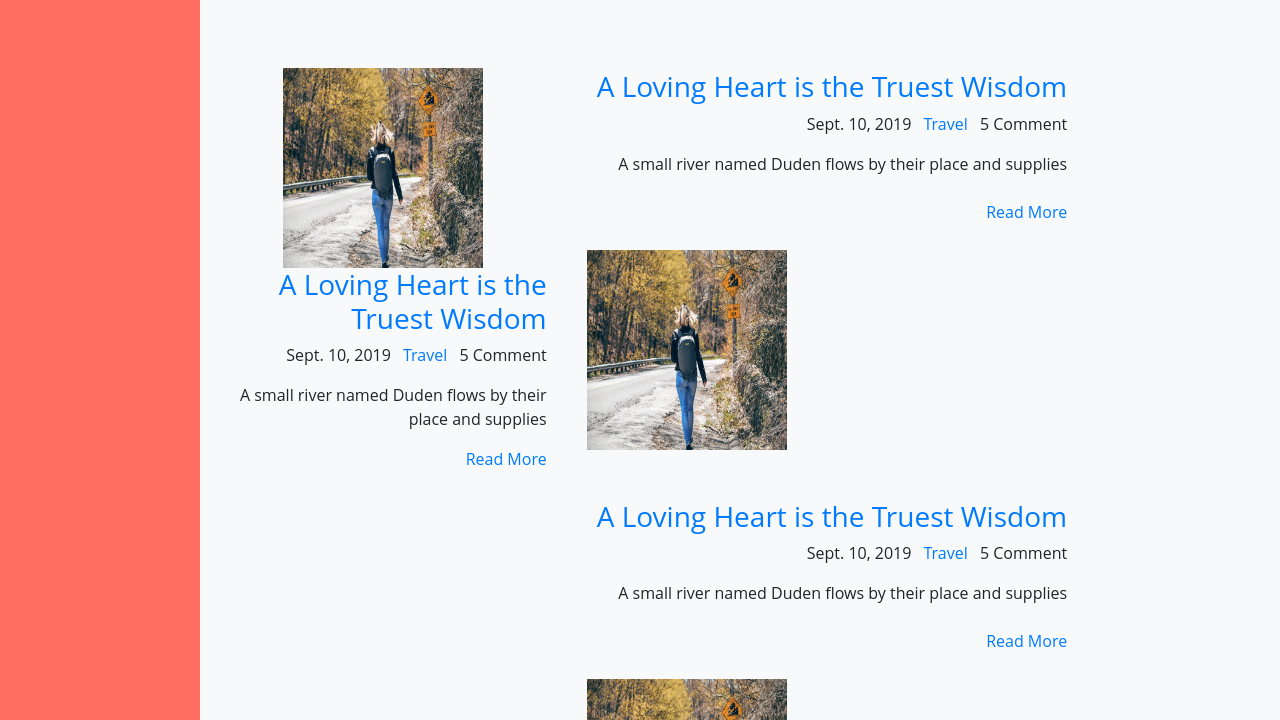
Repository: tts2610/GoogleNews
Page: index.html
The author's editor kept a copy of each file at every save. The page is drawn from the files as they stood at one save, then again after the next save.
The browser window is 1280 px wide. The pictures show the whole page.
The page's requests for data from a server got no answer. An inner scrolling area shows only its first screen. Some web libraries are served in a nearby version.

Above is the page before, as saved 2020-05-20 22:48:41.

### index.html
<!DOCTYPE html>
<html lang="en">

<head>
    <meta charset="UTF-8">
    <meta name="viewport" content="width=device-width, initial-scale=1.0">
    <title>Document</title>
    <link rel="stylesheet" href="https://maxcdn.bootstrapcdn.com/bootstrap/4.4.1/css/bootstrap.min.css">

    <!-- jQuery library -->
    <script src="https://ajax.googleapis.com/ajax/libs/jquery/3.5.1/jquery.min.js"></script>

    <!-- Popper JS -->
    <script src="https://cdnjs.cloudflare.com/ajax/libs/popper.js/1.16.0/umd/popper.min.js"></script>

    <!-- Latest compiled JavaScript -->
    <script src="https://maxcdn.bootstrapcdn.com/bootstrap/4.4.1/js/bootstrap.min.js"></script>
    <link rel="stylesheet" href="css/style.css">

    <link href="https://unpkg.com/aos@2.3.1/dist/aos.css" rel="stylesheet">

    <link rel="stylesheet" href="https://cdnjs.cloudflare.com/ajax/libs/animate.css/4.0.0/animate.min.css" />
    <script src="js/moment.js"></script>
</head>

<body>
    <div class="myContainer">
        <div class="sidenav">
            <ul id="sideNav">
                <!-- <li></li>
                <li></li>
                <li></li> -->
            </ul>
        </div>
        <div class="content" id="myContent">

            <div class="row">
                <div class="col-4">
                    <div class="blog-entry-left mt-5">
                        <div>
                            <img src="img/image_8.jpg" width="200" height="200">
                        </div>
                        <div class="text">
                            <h3 class=""><a href="single.html">A Loving Heart is the Truest Wisdom</a></h3>
                            <div class="meta-wrap">
                                <p class="meta">
                                    <span><i class="icon-calendar mr-2"></i>Sept. 10, 2019</span>
                                    <span><a href="single.html"><i class="icon-folder-o mr-2"></i>Travel</a></span>
                                    <span><i class="icon-comment2 mr-2"></i>5 Comment</span>
                                </p>
                            </div>
                            <p class="">A small river named Duden flows by their place and supplies</p>
                            <p><a href="#" class="btn-custom">Read More <span class="ion-ios-arrow-forward"></span></a></p>
                        </div>
                    </div>
                </div>
                <div class="col-8">
                    <div class="row" id='container-row'>

                        <div class="row">
                            <div class="blog-entry">
                                <div class="text">
                                    <h3 class="mb-2"><a href="single.html">A Loving Heart is the Truest Wisdom</a></h3>
                                    <div class="meta-wrap">
                                        <p class="meta">
                                            <span><i class="icon-calendar mr-2"></i>Sept. 10, 2019</span>
                                            <span><a href="single.html"><i class="icon-folder-o mr-2"></i>Travel</a></span>
                                            <span><i class="icon-comment2 mr-2"></i>5 Comment</span>
                                        </p>
                                    </div>
                                    <p class="mb-4">A small river named Duden flows by their place and supplies</p>
                                    <p><a href="#" class="btn-custom">Read More <span class="ion-ios-arrow-forward"></span></a></p>
                                </div>
                            </div>
                            <div class="news-img"><img src="img/image_8.jpg" width="200" height="200"></div>
                        </div>
                        <div class="row">
                            <div class="blog-entry">
                                <div class="text">
                                    <h3 class="mb-2"><a href="single.html">A Loving Heart is the Truest Wisdom</a></h3>
                                    <div class="meta-wrap">
                                        <p class="meta">
                                            <span><i class="icon-calendar mr-2"></i>Sept. 10, 2019</span>
                                            <span><a href="single.html"><i class="icon-folder-o mr-2"></i>Travel</a></span>
                                            <span><i class="icon-comment2 mr-2"></i>5 Comment</span>
                                        </p>
                                    </div>
                                    <p class="mb-4">A small river named Duden flows by their place and supplies</p>
                                    <p><a href="#" class="btn-custom">Read More <span class="ion-ios-arrow-forward"></span></a></p>
                                </div>
                            </div>
                            <div class="news-img"><img src="img/image_8.jpg" width="200" height="200"></div>
                        </div>


                        <!-- <div class="col-md-12">

                        </div> -->
                        <!-- <div class="col-md-12">

                        </div> -->
                    </div>
                </div>
            </div>
            <!-- <button type="button" id="loadMoreBtn" class="btn btn-success my-3" style="margin-left: 470px;">Load more...</button> -->
        </div>
    </div>

    <script src="js/script.js"></script>
    <script src="https://unpkg.com/aos@2.3.1/dist/aos.js"></script>
    <script>
        AOS.init();
    </script>
</body>

</html>

### css/style.css
body {
    margin: 0;
    font-family: 'Open Sans', sans-serif;
}

.myContainer {
    display: flex;
    justify-content: start;
}

.sidenav {
    min-height: 100vh;
    width: 200px;
    float: left;
    position: relative;
    background-color: #FF6F61;
}

#sideNav {
    overflow-y: scroll;
}

.content {
    height: 100vh;
    width: calc(100% - 200px);
    float: right;
    position: relative;
    background-color: #f8f9fa;
    overflow-y: scroll;
}

.blog-entry-left {
    display: flex;
    flex-direction: column;
    align-items: center;
}

.blog-entry {
    padding: 10px;
}

.row {
    padding: 20px;
    font-size: medium;
    text-align: right;
}

#container-row {
    display: flex;
    justify-content: flex-end;
}

button {
    margin-left: 500px;
}

### js/script.js
let newsList = [];
const apiKey = "2dc86bcdc7184b17b45b74b30858f75a"
let page = 1;
let pageSize = 6;
let categoryList = [];
let q = "apple";

const loadNews = async(page) => {
    let sources = [];
    $("input:checkbox:checked").each(function() {
        sources.push($(this).val());
    });
    let url;
    if (!sources.length)
        url = `https://newsapi.org/v2/top-headlines?q=${q}&apiKey=${apiKey}&page=${page}&pageSize=${pageSize}`;
    else {
        let sourceStr = sources.join(",");
        url = `https://newsapi.org/v2/top-headlines?q=${q}&page=${page}&pageSize=${pageSize}&sources=${sourceStr}&apiKey=${apiKey}`
    }



    let data = await fetch(url);
    let result = await data.json();
    $("#myContent").empty();
    $("#myContent").append(render(result));
    $('#myContent').append(`<button onclick="loadMoreFunction()" id="loadMoreBtn" type="button" class="btn btn-success my-4">Load more</button>`);
    $('#myContent').append(`<div id="currentNews" style="text-align:right;">Shown : ${result.articles.length} news</div>`);
}

$(document).ready(function() {
    countCategory();
    // loadNews(page);

});

async function countCategory() {
    let filterUrl = `https://newsapi.org/v2/top-headlines?q=${q}&apiKey=${apiKey}`;
    let filterData = await fetch(filterUrl);
    let result = await filterData.json();
    result.articles.forEach((x, i) => {
        addToDictionary(x.source);
    });
    reloadFilter();
}


function loadMoreFunction() {
    page++;
    $("#loadMoreBtn").remove();
    $("#currentNews").remove();
    loadNews(page);
}

function reloadFilter() {
    $("#sideNav").empty();
    categoryList.forEach(element => {
        let html = `<div class="form-check">
                        <input class="form-check-input" onchange="loadNews(1);" type="checkbox" id="${element.id}" value="${element.id}">
                        <label class="form-check-label">${element.category}(${element.count})</label>
                    </div>`;
        $("#sideNav").append(html);
    });
}

function addToDictionary(x) {
    let flag;
    for (let i = 0; i < categoryList.length; i++) {
        if (categoryList[i].id == x.id) {
            categoryList[i].count++;
            flag = true;
        }
    }
    if (!flag)
        categoryList.push({ id: x.id, category: x.name, count: 1 })
}

function render(result) {
    let innerHtml = '';
    let firstNum = 0;
    let midNum;
    let lastNum;
    result.articles.forEach((x, i) => {
        if (i == firstNum) {
            innerHtml += `<div class="row animate__animated animate__fadeInUp">
            <div class="col-4">
                <div class="blog-entry-left">
                    <div>
                        <img src="${x.urlToImage}" width="200" height="200">
                    </div>
                    <div class="text">
                        <h3 class=""><a href="single.html">${x.title}</a></h3>
                        <div class="meta-wrap">
                            <p class="meta">
                                <span><i class="icon-calendar mr-2"></i>${moment(x.publishedAt).fromNow()}</span>
                                <span><a href="single.html"><i class="icon-folder-o mr-2"></i>${x.source.name}</a></span>
                                <span><i class="icon-comment2 mr-2"></i>5 Comment</span>
                            </p>
                        </div>
                        <p class="">${x.description}</p>
                        <p><a href="#" class="btn-custom">Read More <span class="ion-ios-arrow-forward"></span></a></p>
                    </div>
                </div>
            </div>`
            midNum = i + 1;
            firstNum = firstNum + 3;
        }
        if (i == midNum) {
            innerHtml += `<div class="col-8">
            <div class="row">
                <div class="col-md-12">
                    <div class="blog-entry">
                        <div class="text text-2 text-md-right pr-4">
                            <h3 class="mb-2"><a href="single.html">${x.title}</a></h3>
                            <div class="meta-wrap">
                                <p class="meta">
                                    <span><i class="icon-calendar mr-2"></i>${moment(x.publishedAt).fromNow()}</span>
                                    <span><a href="single.html"><i class="icon-folder-o mr-2"></i>${x.source.name}</a></span>
                                    <span><i class="icon-comment2 mr-2"></i>5 Comment</span>
                                </p>
                            </div>
                            <p class="mb-4">${x.description}</p>
                            <p><a href="#" class="btn-custom">Read More <span class="ion-ios-arrow-forward"></span></a></p>
                        </div>
                        <div class="news-img"><img src="${x.urlToImage}" width="200" height="200"></div>
                    </div>
                </div>`
            lastNum = i + 1;
        }
        if (i == lastNum) {
            innerHtml += `<div class="col-md-12">
            <div class="blog-entry ftco-animate d-md-flex align-items-center">
                <div class="text text-2 text-md-right pr-4">
                    <h3 class="mb-2"><a href="single.html">${x.title}</a></h3>
                    <div class="meta-wrap">
                        <p class="meta">
                            <span><i class="icon-calendar mr-2"></i>${moment(x.publishedAt).fromNow()}</span>
                            <span><a href="single.html"><i class="icon-folder-o mr-2"></i>${x.source.name}</a></span>
                            <span><i class="icon-comment2 mr-2"></i>5 Comment</span>
                        </p>
                    </div>
                    <p class="mb-4">${x.description}</p>
                    <p><a href="#" class="btn-custom">Read More <span class="ion-ios-arrow-forward"></span></a></p>
                </div>
                <div class="news-img"><img src="${x.urlToImage}" width="200" height="200"></div>
            </div>
        </div>
    </div>
</div>
</div>
`
        }


    });
    return innerHtml;
}

Loaded but not shown: js/moment.js (library)

After the next save:
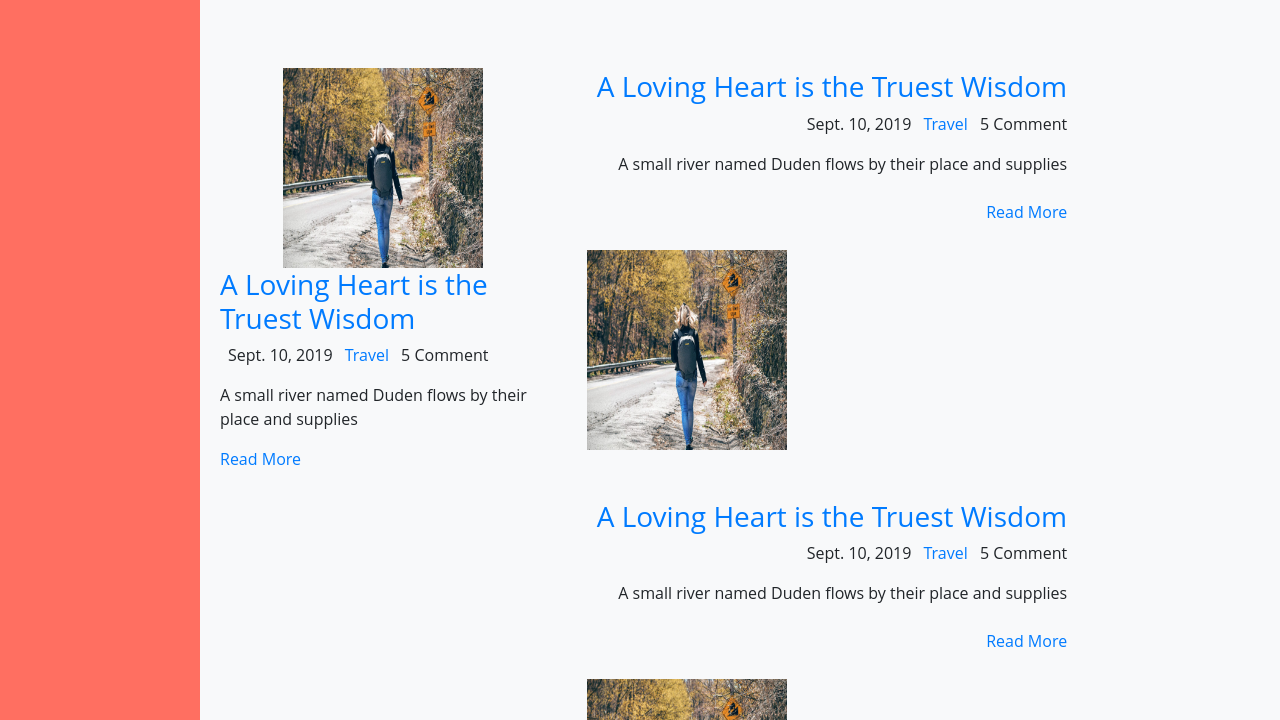
Saved 10 s later.
--- a/index.html
+++ b/index.html
@@ -40,7 +40,7 @@
                         <div>
                             <img src="img/image_8.jpg" width="200" height="200">
                         </div>
-                        <div class="text">
+                        <div class="text" style="text-align: left;">
                             <h3 class=""><a href="single.html">A Loving Heart is the Truest Wisdom</a></h3>
                             <div class="meta-wrap">
                                 <p class="meta">
